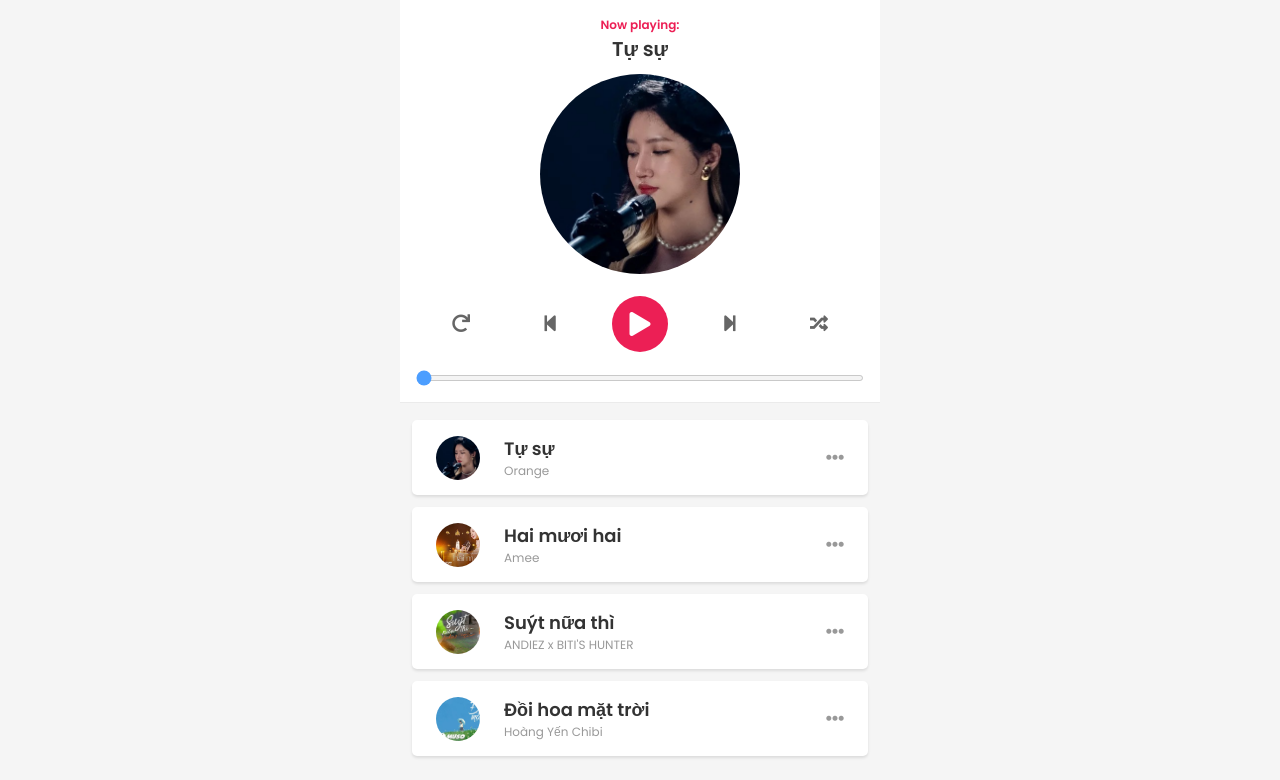
Repository: tannv3201/learn_JS_F8
Page: Example/Music player/index.html
The author's editor kept a copy of each file at every save. The page is drawn from the files as they stood at one save, then again after the next save.
The browser window is 1280 px wide. The pictures show the whole page.

Above is the page before, as saved 2022-08-17 14:00:02.

### Example/Music player/index.html
<!DOCTYPE html>
<html lang="en">

<head>
    <meta charset="UTF-8">
    <meta http-equiv="X-UA-Compatible" content="IE=edge">
    <meta name="viewport" content="width=device-width, initial-scale=1.0">
    <title>Music player</title>
    <link rel="stylesheet" href="https://cdnjs.cloudflare.com/ajax/libs/font-awesome/5.15.2/css/all.min.css"
        integrity="sha512-HK5fgLBL+xu6dm/Ii3z4xhlSUyZgTT9tuc/hSrtw6uzJOvgRr2a9jyxxT1ely+B+xFAmJKVSTbpM/CuL7qxO8w=="
        crossorigin="anonymous" />
    <link rel="preconnect" href="https://fonts.gstatic.com">
    <link href="https://fonts.googleapis.com/css2?family=Poppins:wght@300;400;600&display=swap" rel="stylesheet">
    <link rel="stylesheet" href="./style.css">
</head>

<body>

    <div class="player">
        <!-- Dashboard -->
        <div class="dashboard">
            <!-- Header -->
            <header>
                <h4>Now playing:</h4>
                <h2>Tự sự</h2>
            </header>

            <!-- CD -->
            <div class="cd">
                <div class="cd-thumb" style="background-image: url('./assets/imgs/tusu.jpg')">
                </div>
            </div>

            <!-- Control -->
            <div class="control">
                <div class="btn btn-repeat">
                    <i class="fas fa-redo"></i>
                </div>
                <div class="btn btn-prev">
                    <i class="fas fa-step-backward"></i>
                </div>
                <div class="btn btn-toggle-play">
                    <i class="fas fa-pause icon-pause"></i>
                    <i class="fas fa-play icon-play"></i>
                </div>
                <div class="btn btn-next">
                    <i class="fas fa-step-forward"></i>
                </div>
                <div class="btn btn-random">
                    <i class="fas fa-random"></i>
                </div>
            </div>

            <input id="progress" class="progress" type="range" value="0" step="1" min="0" max="100">

            <audio id="audio" src=""></audio>
        </div>

        <!-- Playlist -->
        <div class="playlist">
            <!-- <div class="song">
                <div class="thumb" style="background-image: url('./assets/imgs/tusu.jpg')">
                </div>
                <div class="body">
                    <h3 class="title">Tự sự</h3>
                    <p class="author">Orange</p>
                </div>
                <div class="option">
                    <i class="fas fa-ellipsis-h"></i>
                </div>
            </div>
            <div class="song">
                <div class="thumb" style="background-image: url('./assets/imgs/haimuoihai.jpg')">
                </div>
                <div class="body">
                    <h3 class="title">Hai mươi hai</h3>
                    <p class="author">Amee</p>
                </div>
                <div class="option">
                    <i class="fas fa-ellipsis-h"></i>
                </div>
            </div>
            <!-- <div class="song">
                <div class="thumb"
                    style="background-image: url('https://i.ytimg.com/vi/jTLhQf5KJSc/maxresdefault.jpg')">
                </div>
                <div class="body">
                    <h3 class="title">Music name</h3>
                    <p class="author">Singer</p>
                </div>
                <div class="option">
                    <i class="fas fa-ellipsis-h"></i>
                </div>
            </div> --> -->
        </div>
    </div>

    <!-- Design from: https://static.collectui.com/shots/3671744/musicloud-revolutionary-app-for-music-streaming-large -->
    <script src="./main.js"></script>
</body>

</html>

### Example/Music player/style.css
:root {
    --primary-color: #ec1f55;
    --text-color: #333;
}

* {
    padding: 0;
    margin: 0;
    box-sizing: inherit;
}

body {
    background-color: #f5f5f5;
}

html {
    box-sizing: border-box;
    font-family: "Poppins", sans-serif;
}

.player {
    position: relative;
    max-width: 480px;
    margin: 0 auto;
}

.player .icon-pause {
    display: none;
}

.player.playing .icon-pause {
    display: inline-block;
}

.player.playing .icon-play {
    display: none;
}

.dashboard {
    padding: 16px 16px 14px;
    background-color: #fff;
    position: fixed;
    top: 0;
    width: 100%;
    max-width: 480px;
    border-bottom: 1px solid #ebebeb;
}

/* HEADER */
header {
    text-align: center;
    margin-bottom: 10px;
}

header h4 {
    color: var(--primary-color);
    font-size: 12px;
}

header h2 {
    color: var(--text-color);
    font-size: 20px;
}

/* CD */
.cd {
    display: flex;
    margin: auto;
    width: 200px;
}

.cd-thumb {
    width: 100%;
    padding-top: 100%;
    border-radius: 50%;
    background-color: #333;
    background-size: cover;
    margin: auto;
}

/* CONTROL */
.control {
    display: flex;
    align-items: center;
    justify-content: space-around;
    padding: 18px 0 8px 0;
}

.control .btn {
    color: #666;
    padding: 18px;
    font-size: 18px;
}

.control .btn.active {
    color: var(--primary-color);
}

.control .btn-toggle-play {
    width: 56px;
    height: 56px;
    border-radius: 50%;
    font-size: 24px;
    color: #fff;
    display: flex;
    align-items: center;
    justify-content: center;
    background-color: var(--primary-color);
}

.progress {
    width: 100%;
    height: 6px;
    background: #d3d3d3;
    outline: none;
    opacity: 0.7;
    -webkit-transition: 0.2s;
    transition: opacity 0.2s;

}

.slider {
    -webkit-appearance: none;
    width: 100%;
    height: 15px;
    border-radius: 5px;
    background: #d3d3d3;
    outline: none;
    opacity: 0.7;
    -webkit-transition: .2s;
    transition: opacity .2s;
}

.slider:hover {
    opacity: 1;
}



.progress::-moz-range-thumb {
    background: #04AA6D;
}

.progress::-webkit-slider-thumb {
    color: var(--primary-color);
    background: #04AA6D;
    width: 12px;
    height: 6px;
    background-color: var(--primary-color);
    cursor: pointer;
}

/* PLAYLIST */
.playlist {
    margin-top: 408px;
    padding: 12px;
}

.song {
    display: flex;
    align-items: center;
    margin-bottom: 12px;
    background-color: #fff;
    padding: 8px 16px;
    border-radius: 5px;
    box-shadow: 0 2px 3px rgba(0, 0, 0, 0.1);
}

.song.active {
    background-color: var(--primary-color);
}

.song:active {
    opacity: 0.8;
}

.song.active .option,
.song.active .author,
.song.active .title {
    color: #fff;
}

.song .thumb {
    width: 44px;
    height: 44px;
    border-radius: 50%;
    background-size: cover;
    margin: 0 8px;
}

.song .body {
    flex: 1;
    padding: 0 16px;
}

.song .title {
    font-size: 18px;
    color: var(--text-color);
}

.song .author {
    font-size: 12px;
    color: #999;
}

.song .option {
    padding: 16px 8px;
    color: #999;
    font-size: 18px;
}

### Example/Music player/main.js
/**
    1. Render song
    2. Scroll top
    3. Play / pause/ seek
    4. CD rotate
    5. Next / prev
    6. Random
    7. Next / repeat when ended
    8. Active Song
    9. Scroll active song into view
    10. Play song when click
 */
const $ = document.querySelector.bind(document);
const $$ = document.querySelectorAll.bind(document);

// Lấy ra các element
const heading = $('header h2');
const cdThumb = $('.cd-thumb');
const audio = $('#audio');
const cd = $('.cd');
const playBtn = $('.btn-toggle-play');
const player = $('.player');
const progress = $('#progress');
const nextBtn = $('.btn-next');
const prevBtn = $('.btn-prev');
const randomBtn = $('.btn-random');
const repeatBtn = $('.btn-repeat');

const app = {
    currentIndex: 0,
    isPlaying: false,
    isRandom: false,
    isRepeat: false,
    songs: [
        {
            name: 'Tự sự',
            singer: 'Orange',
            path: './assets/music/tusu.mp3',
            image: './assets/imgs/tusu.jpg'
        },
        {
            name: 'Hai mươi hai',
            singer: 'Amee',
            path: './assets/music/haimuoihai.mp3',
            image: './assets/imgs/haimuoihai.jpg'
        },
        {
            name: 'Suýt nữa thì',
            singer: 'ANDIEZ x BITI\'S HUNTER',
            path: './assets/music/suytnuathi.mp3',
            image: './assets/imgs/suytnuathi.jpg'
        },
        {
            name: 'Đồi hoa mặt trời',
            singer: 'Hoàng Yến Chibi',
            path: './assets/music/doihoamattroi.mp3',
            image: './assets/imgs/doihoamattroi.jpg'
        },
    ],
    render: function () {
        const htmls = this.songs.map(song => {
            return `
            <div class="song">
                <div class="thumb" style="background-image: url('${song.image}')">
                </div>
                <div class="body">
                    <h3 class="title">${song.name}</h3>
                    <p class="author">${song.singer}</p>
                </div>
                <div class="option">
                    <i class="fas fa-ellipsis-h"></i>
                </div>
            </div>
            `
        })
        $('.playlist').innerHTML = htmls.join('');
    },

    // Định nghĩa thuộc tính
    defineProperties: function () {
        Object.defineProperty(this, 'currentSong', {
            get: function () {
                return this.songs[this.currentIndex];
            }
        })
    },

    // Xử lý sự kiện
    handleEvents: function () {
        const _this = this; // Định nghĩa từ khóa this ở ngoài
        // Lấy ra Element "cd"
        const cdWidth = cd.offsetWidth; // Lấy width của cd.

        // Xử lý CD quay và dừng
        const cdThumbAnimate = cdThumb.animate([
            {
                transform: 'rotate(360deg)'
            }
        ], {
            duration: 10000, // 10 giây
            iterations: Infinity // Chạy vô hạn
        })
        cdThumbAnimate.pause()

        // Xử lý phóng to / thu nhỏ cd
        document.onscroll = function () {
            const scrollTop = document.documentElement.scrollTop || window.scrollY;
            const newCdWidth = cdWidth - scrollTop;
            cd.style.width = newCdWidth > 0 ? newCdWidth + 'px' : 0; // check nếu kéo nhanh quá giá trị về < 0 thì lấy = 0
            cd.style.opacity = newCdWidth / cdWidth; // mờ dần khi scroll
        }

        // Xử lý khi click play
        playBtn.onclick = function () {
            if (_this.isPlaying) {
                audio.pause();
            }
            else {
                audio.play();
            }
        };
        // Khi bài hát được play
        audio.onplay = function () {
            _this.isPlaying = true;
            player.classList.add('playing') // chuyển btn play thành btn pause
            cdThumbAnimate.play()
        };
        // Khi bài hát bị dừng
        audio.onpause = function () {
            _this.isPlaying = false;
            player.classList.remove('playing') // chuyển btn pause thành btn play
            cdThumbAnimate.pause()
        }

        // Khi tiến độ bài hát thay đổi
        audio.ontimeupdate = function () {
            if (audio.duration) {
                const progressPercent = Math.floor(audio.currentTime / audio.duration * 100);
                progress.value = progressPercent;
            }
        }

        // xử lý khi tua bài hát
        progress.onchange = function (e) {
            const seekTime = audio.duration * e.target.value / 100;
            audio.currentTime = seekTime;
        }

        // Next bài
        nextBtn.onclick = function () {
            if (_this.isRandom) {
                _this.playRandomSong()
            }
            else {
                _this.nextSong();
            }
            audio.play();
        }

        // Prev  bài
        prevBtn.onclick = function () {
            if (_this.isRandom) {
                _this.playRandomSong()
            }
            else {
                _this.prevSong();
            }
            audio.play();
        }

        // Random
        randomBtn.onclick = function () {
            _this.isRandom = !_this.isRandom
            randomBtn.classList.toggle('active', _this.isRandom);
        }

        // xử lý next khi hết bài
        audio.onended = function () {
            if (!_this.isRepeat) {
                nextBtn.click();
            }
            else {
                audio.play()
            }
        }

        // Xử lý repeat bài hát hiện tại
        repeatBtn.onclick = function () {
            _this.isRepeat = !_this.isRepeat;
            repeatBtn.classList.toggle('active', _this.isRepeat);
        }
    },

    loadCurrentSong: function () {
        // Gán giá trị bài hát hiện tại
        heading.textContent = this.currentSong.name;
        cdThumb.style.backgroundImage = `url('./${this.currentSong.image}')`;
        audio.src = this.currentSong.path;
    },

    // Next
    nextSong: function () {
        this.currentIndex++;
        if (this.currentIndex >= this.songs.length) {
            this.currentIndex = 0;
        }
        this.loadCurrentSong();
    },
    // Previous
    prevSong: function () {
        this.currentIndex--;
        if (this.currentIndex < 0) {
            this.currentIndex = this.songs.length - 1;
        }
        this.loadCurrentSong();
    },

    // Random
    playRandomSong: function () {
        let newIndex
        do {
            newIndex = Math.floor(Math.random() * this.songs.length);
        } while (newIndex === this.currentIndex)
        this.currentIndex = newIndex;
        this.loadCurrentSong();
    },

    // Phương thức start() để bắt đầu
    start: function () {
        // Định nghĩa ra các thuộc tính cho object
        this.defineProperties();

        // Lắng nghe, xử lý các sự kiện (DOM event)
        this.handleEvents();

        // Tải thông tin bài hát đầu tiền vào UI khi chạy ứng dụng
        this.loadCurrentSong();



        // Render playlist
        this.render();
    }
}

app.start();

After the next save:
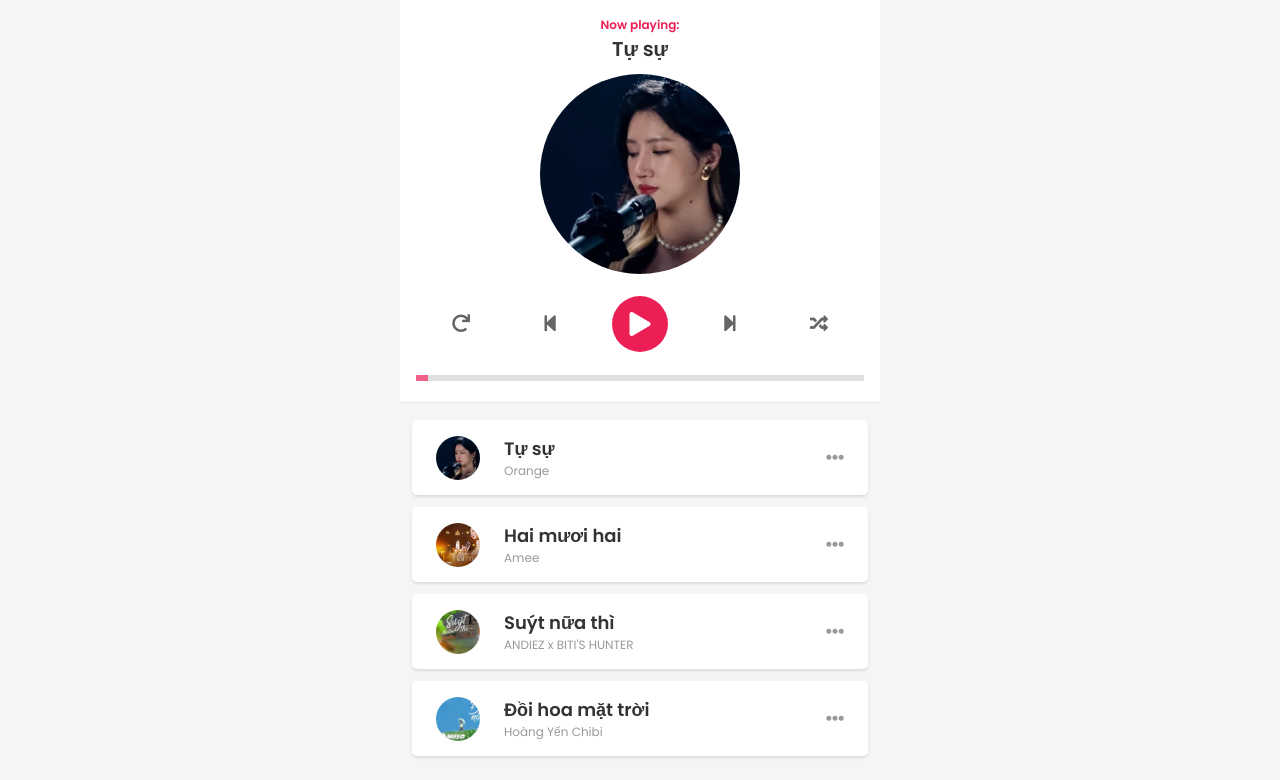
Saved 26 s later.
--- a/Example/Music player/style.css
+++ b/Example/Music player/style.css
@@ -110,40 +110,18 @@ header h2 {
 
 .progress {
     width: 100%;
+    -webkit-appearance: none;
     height: 6px;
     background: #d3d3d3;
     outline: none;
     opacity: 0.7;
     -webkit-transition: 0.2s;
     transition: opacity 0.2s;
-
-}
-
-.slider {
-    -webkit-appearance: none;
-    width: 100%;
-    height: 15px;
-    border-radius: 5px;
-    background: #d3d3d3;
-    outline: none;
-    opacity: 0.7;
-    -webkit-transition: .2s;
-    transition: opacity .2s;
-}
-
-.slider:hover {
-    opacity: 1;
-}
-
-
-
-.progress::-moz-range-thumb {
-    background: #04AA6D;
 }
 
 .progress::-webkit-slider-thumb {
-    color: var(--primary-color);
-    background: #04AA6D;
+    -webkit-appearance: none;
+    appearance: none;
     width: 12px;
     height: 6px;
     background-color: var(--primary-color);
